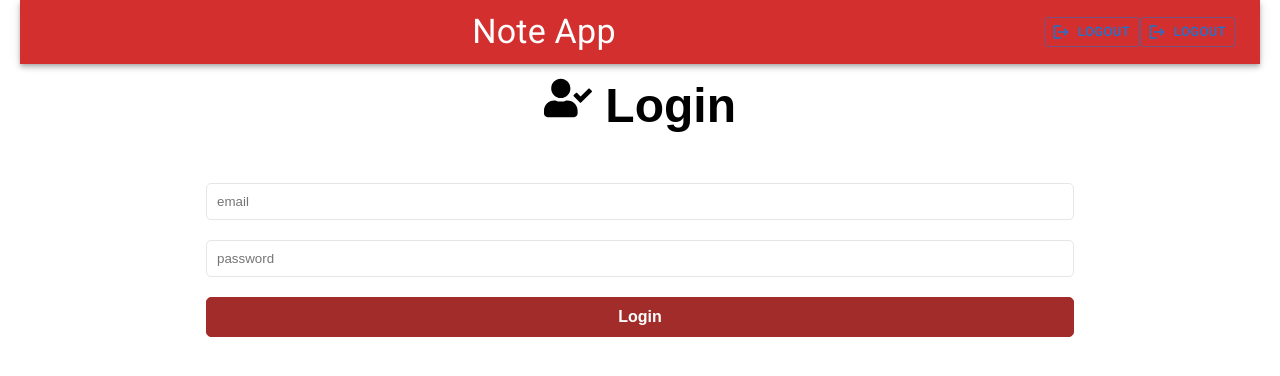
Repository: halilhaninan/MERNSTACK-Note-App
Page: / (app in frontend/)
These files come from the project's save history. The page is drawn as it stood at one moment and after a run of saves; the edit follows.
The browser window is 1280 px wide. The pictures show the whole page.
The project was rebuilt for these pictures with package versions that can differ from the ones it lists, and the page was loaded fresh each time. Also part of the build but not shown: frontend/src/Components/Spinner.jsx, frontend/src/Components/Not.jsx, frontend/src/pages/Register.jsx, frontend/src/features/counter/counterSlice.js, frontend/src/features/counter/counter.js, frontend/src/App.css.

Above is the page before, as saved 2022-09-03 11:09:00.

### frontend/src/index.js
import React from "react";
import ReactDOM from "react-dom";
import "./index.css";
import App from "./App";

import { store } from "./app/store";
import { Provider } from "react-redux";

// import { createStore } from "redux";
// import { Provider } from "react-redux";
// import butunRreducerler from "./reducers";

// const hesapla = (state = 0, action) => {
//   switch (action.type) {
//     case "topla":
//       return state + 1;
//     case "cikar":
//       return state - 1;
//     default:
//       return state;
//   }
// };

// let store = createStore(
//   butunRreducerler,
//   window.__REDUX_DEVTOOLS_EXTENSION__ && window.__REDUX_DEVTOOLS_EXTENSION__()
// );

// store.subscribe(() => console.log(store.getState()));
//const root = ReactDOM.createRoot(document.getElementById("root"));
ReactDOM.render(
  <Provider store={store}>
    <App />
  </Provider>,
  document.getElementById("root")
);

// If you want to start measuring performance in your app, pass a function
// to log results (for example: reportWebVitals(console.log))
// or send to an analytics endpoint. Learn more: https://bit.ly/CRA-vitals

### frontend/src/index.css
@import url("https://fonts.googleapis.com/css2?family=Lobster&display=swap");

* {
  margin: 0;
  padding: 0;
  box-sizing: border-box;
}

body {
  font-family: Arial, Helvetica, sans-serif;
  height: 100vh;
  font-size: larger;
}

a {
  text-decoration: none;
  color: #000;
}

p {
  line-height: 1.7;
}

ul {
  list-style: none;
}

li {
  line-height: 2.2;
}

h1,
h2,
h3 {
  font-weight: 600;
  margin-bottom: 10px;
}

.container {
  width: 100%;
  max-width: 1500px;
  margin: 0 auto;
  padding: 0 20px;
  text-align: center;
}

.header {
  display: flex;
  justify-content: space-between;
  align-items: center;
  padding: 20px 0;
  border-bottom: 1px solid #e6e6e6;
  margin-bottom: 60px;
}

.header ul {
  display: flex;
  align-items: center;
  justify-content: space-between;
}

.header ul li {
  margin-left: 20px;
}

.header ul li a {
  display: flex;
  align-items: center;
  color: #a22c29;
}

.header ul li a:hover {
  color: #f27059;
}

.header ul li a svg {
  margin-right: 5px;
}

.heading {
  font-size: 2rem;
  font-weight: 700;
  margin-bottom: 50px;
  padding: 0 20px;
}

.heading p {
  color: #828282;
}

.notlar {
  display: grid;
  grid-template-columns: repeat(3, 1fr);
  gap: 10px;
}

.not {
  background-color: #f4f4f4;
  margin: 10px 0;
  padding: 20px 0 10px;
  position: relative;
}

.not .close {
  position: absolute;
  top: 10px;
  right: 15px;
  cursor: pointer;
  border: none;
  background: none;
}

.form,
.content {
  width: 70%;
  margin: 0 auto;
}

.form-group {
  margin-bottom: 10px;
}

.form-group input,
.form-group textarea,
.form-group select {
  width: 100%;
  padding: 10px;
  border: 1px solid #e6e6e6;
  border-radius: 5px;
  margin-bottom: 10px;
  font-family: inherit;
}

.form-group label {
  text-align: left;
  display: block;
  margin: 0 0 5px 3px;
}

.btn {
  padding: 10px 20px;
  border: 1px solid #a22c29;
  border-radius: 5px;
  background: #a22c29;
  color: #fff;
  font-size: 16px;
  font-weight: 700;
  cursor: pointer;
  text-align: center;
  appearance: button;
  display: flex;
  align-items: center;
  justify-content: center;
}

.btn svg {
  margin-right: 8px;
}

.btn-reverse {
  background: #fff;
  color: #000;
}

.btn-block {
  width: 100%;
  margin-bottom: 20px;
}

.btn-add {
  background: #34a0a4 !important;
  border: 1px solid #34a0a4;
}

.btn:hover {
  transform: scale(0.98);
}

.loadingSpinnerContainer {
  position: fixed;
  top: 0;
  right: 0;
  bottom: 0;
  left: 0;
  background-color: rgba(0, 0, 0, 0.5);
  z-index: 5000;
  display: flex;
  justify-content: center;
  align-items: center;
}

.loadingSpinner {
  width: 64px;
  height: 64px;
  border: 8px solid;
  border-color: #000 transparent #555 transparent;
  border-radius: 50%;
  animation: spin 1.2s linear infinite;
}

@keyframes spin {
  0% {
    transform: rotate(0deg);
  }
  100% {
    transform: rotate(360deg);
  }
}

@media (max-width: 960px) {
  .notlar {
    grid-template-columns: repeat(2, 1fr);
  }
}

@media (max-width: 600px) {
  .form {
    width: 90%;
  }

  .heading h1 {
    font-size: 2rem;
  }

  .heading p {
    font-size: 1.5rem;
  }

  .notlar {
    grid-template-columns: repeat(1, 1fr);
  }
}

### frontend/src/App.js
import { BrowserRouter as Router, Routes, Route } from "react-router-dom";
import Header from "./Components/Header";
import Dashboard from "./pages/Dashboard";
import Login from "./pages/Login";
import Register from "./pages/Register";

// import { useSelector, useDispatch } from "react-redux";
// import { girisYap, topla, cikar } from "./actions";

import { ToastContainer } from "react-toastify";
import "react-toastify/dist/ReactToastify.css";
import Counter from "./features/counter/counter";
import "./App.css";

function App() {
  // return (
  //   <div>
  //     <Counter />
  //   </div>
  // );
  return (
    <>
      <Router>
        <div className="container">
          <Header></Header>
          <Routes>
            <Route path="/" element={<Dashboard />} />
            <Route path="/register" element={<Register />} />
            <Route path="/login" element={<Login />} />
          </Routes>
        </div>
      </Router>
      <ToastContainer />
    </>
  );
  //
  //
  //
  // const giris = useSelector((state) => state.giris);
  // const hesapla = useSelector((state) => state.hesapla);
  // const dispatch = useDispatch();
  // return (
  //   <div className="app">
  //     {giris ? (
  //       <>
  //         {hesapla}
  //         <button onClick={() => dispatch(topla())}>+</button>
  //         <button onClick={() => dispatch(cikar())}>-</button>
  //       </>
  //     ) : (
  //       <>
  //         <h3>please sign in</h3>
  //         <button onClick={() => dispatch(girisYap())}>sign in</button>
  //       </>
  //     )}
  //   </div>
  // );
}

export default App;

### frontend/src/app/store.js
import { configureStore } from "@reduxjs/toolkit";

import authReducer from "../features/auth/authSlice";
import notReducer from "../features/data/dataSlice";

export const store = configureStore({
  reducer: {
    auth: authReducer,
    notlar: notReducer,
  },
});

// yeni not olustururken altta olan kod gibi dataslice olustur sonra store.js den import et reducer ile tanimla ++ data service olusturuluyor

// import { createSlice, createAsyncThunk } from "@reduxjs/toolkit";

// const initialState = {
//   notlar: [],
//   isHata: false,
//   isBasari: false,
//   isYkleniyor: false,
//   mesaj: "",
// };

// export const notSlice = createSlice({
//   name: "notlar",
//   initialState,
//   reducers: {
//     reset: (state) => initialState,
//   },
// });

// export const { reset }  = notSlice.actions;
// export default notSlice.reducer;

### frontend/src/Components/Header.jsx
import React from "react";
import { FaSignInAlt, FaSignOutAlt, FaUser, FaPen } from "react-icons/fa";
import { Link, useNavigate } from "react-router-dom";
import { useSelector, useDispatch } from "react-redux";
import { logout, reset } from "../features/auth/authSlice";
import AppBar from "@mui/material/AppBar";
import { Toolbar, Typography, Button } from "@mui/material";
import { Login, Face, Home, Logout } from "@mui/icons-material";

function Header() {
  const navigate = useNavigate();
  const dispatch = useDispatch();

  const { kullanici } = useSelector((state) => state.auth);

  const onLogout = () => {
    dispatch(logout());
    dispatch(reset());
    navigate("/login");
  };

  return (
    <AppBar position="static" color="error" sx={{ marginBottom: "10px" }}>
      <Toolbar>
        <Typography variant="h4" component="div" sx={{ flexGrow: 1 }}>
          Note App
        </Typography>
        {kullanici ? (
          <>
            <Button
              sx={{ marginRight: "10px" }}
              colors="inherit"
              size="large"
              startIcon={<Home />}
              onClick={anasayfayaGit}>
              Home Page
            </Button>
            <Button
              variant="outlined"
              colors="inherit"
              size="small"
              startIcon={<Logout />}
              onClick={onLogout}>
              Logout
            </Button>
          </>
        ) : (
          <>
            <Button
              variant="outlined"
              colors="inherit"
              size="small"
              startIcon={<Logout />}
              onClick={onLogout}>
              Logout
            </Button>
            <Button
              variant="outlined"
              colors="inherit"
              size="small"
              startIcon={<Logout />}
              onClick={onLogout}>
              Logout
            </Button>
          </>
        )}
      </Toolbar>
    </AppBar>
  );

  // return (
  //   <header className="header">
  //     <h2>mongo db test app </h2>
  //     <div className="logo"></div>
  //     <ul>
  //       {kullanici ? (
  //         <>
  //           <li>
  //             <Link to="/">
  //               <FaPen /> Create Note
  //             </Link>
  //           </li>
  //           <li>
  //             <button className="btn" onClick={onLogout}>
  //               Logout{" "}
  //             </button>
  //           </li>
  //         </>
  //       ) : (
  //         <>
  //           <li>
  //             <Link to="/login">
  //               <FaSignInAlt /> Login
  //             </Link>
  //           </li>
  //           <li>
  //             <Link to="/register">
  //               <FaUser /> Register
  //             </Link>
  //           </li>
  //         </>
  //       )}
  //     </ul>
  //   </header>
  // );
}

export default Header;

### frontend/src/pages/Dashboard.jsx
import React, { useEffect } from "react";

import { useNavigate } from "react-router-dom";
import { useSelector, useDispatch } from "react-redux";
import NotForm from "../Components/NotForm";
import { notlarGetir, reset } from "../features/data/dataSlice";
import Spinner from "../Components/Spinner";
import Not from "../Components/Not";

function Dashboard() {
  const navigate = useNavigate();
  const dispatch = useDispatch();
  const { kullanici } = useSelector((state) => state.auth);
  const { notlar, isYukleniyor, isHata, isBasari, mesaj } = useSelector(
    (state) => state.notlar
  );

  useEffect(() => {
    if (isHata) {
      console.log(mesaj);
    }

    if (!kullanici) {
      navigate("/login");
      console.log("halilhan");
    }
    dispatch(notlarGetir());
    return () => {
      dispatch(reset());
    };
  }, [kullanici, navigate, isHata, mesaj, dispatch]);

  if (isYukleniyor) {
    <Spinner />;
  }

  return (
    <>
      <section className="heading">
        <h1>Merhaba {kullanici && kullanici.kullaniciAd}</h1>
        <p>add note</p>
      </section>
      <NotForm />
      <section className="content">
        {notlar.length > 0 ? (
          <div className="notlar">
            {notlar.map((not) => (
              <Not key={not._id} not={not} />
            ))}
          </div>
        ) : (
          <h3>henuz not yerletisrmediniz</h3>
        )}
      </section>
    </>
  );
}

export default Dashboard;

### frontend/src/pages/Login.jsx
import React, { useState, useEffect } from "react";

import { FaUserCheck } from "react-icons/fa";
import { useSelector, useDispatch } from "react-redux";
import { useNavigate } from "react-router-dom";
import { toast } from "react-toastify";
import { login, reset } from "../features/auth/authSlice";
import Spinner from "../Components/Spinner";

function Login() {
  const navigate = useNavigate();
  const dispatch = useDispatch();

  const { kullanici, isHata, isBasari, isYukleniyor, mesaj } = useSelector(
    (state) => state.auth
  );

  const [formData, setFormData] = useState({
    email: "",
    parola: "",
  });

  const { email, parola } = formData;

  const onChange = (e) => {
    setFormData((prev) => ({
      ...prev,
      [e.target.name]: e.target.value,
    }));
  };

  const onSubmit = (e) => {
    e.preventDefault();
    // console.log(formData);

    const userData = { email, parola };
    dispatch(login(userData));
  };

  useEffect(() => {
    if (isHata) {
      toast.error(mesaj);
    }
    if (isBasari || kullanici) {
      navigate("/");
    }
  }, [kullanici, isHata, isBasari, mesaj, navigate, dispatch, isYukleniyor]);

  if (isYukleniyor) {
    <Spinner />;
  }

  return (
    <>
      <section className="heading">
        <h1>
          <FaUserCheck /> Login
        </h1>
      </section>
      <section className="form">
        <form onSubmit={onSubmit}>
          <div className="form-group">
            <input
              type="email"
              classname="form-control"
              id="email"
              name="email"
              value={email}
              placeholder="email"
              onChange={onChange}></input>
          </div>
          <div className="form-group">
            <input
              type="password"
              classname="form-control"
              id="parola"
              name="parola"
              value={parola}
              placeholder="password"
              onChange={onChange}></input>
          </div>

          <div className="form-group">
            <button type="submit" className="btn btn-block">
              Login
            </button>
          </div>
        </form>
      </section>
    </>
  );
}

export default Login;

### frontend/src/features/auth/authSlice.js
import { createAsyncThunk, createSlice } from "@reduxjs/toolkit";
import authService from "./authService";

const kullanici = JSON.parse(localStorage.getItem("kullanici"));

const initialState = {
  kullanici: kullanici ? kullanici : null,
  isHata: false,
  isBasari: false,
  isYukleniyor: false,
  mesaj: "",
};

export const register = createAsyncThunk(
  "auth/register",
  async (user, thunkAPI) => {
    try {
      return await authService.register(user);
    } catch (error) {
      const mesaj =
        (error.response &&
          error.response.data &&
          error.response.data.message) ||
        error.message ||
        error.toString();

      return thunkAPI.rejectWithValue(mesaj);
    }
  }
);

export const authSlice = createSlice({
  name: "auth",
  initialState,
  reducers: {
    reset: (state) => {
      state.isHata = false;
      state.isBasari = false;
      state.isYukleniyor = false;
      state.mesaj = "";
    },
  },
  extraReducers: (builder) => {
    builder
      .addCase(register.pending, (state) => {
        state.isYukleniyor = true;
      })
      .addCase(register.fulfilled, (state, action) => {
        state.isYukleniyor = false;
        state.isBasari = true;
        state.kullanici = action.payload;
      })
      .addCase(register.rejected, (state, action) => {
        state.isYukleniyor = false;
        state.isHata = true;
        state.mesaj = action.payload;
        state.kullanici = null;
      }) //
      .addCase(login.pending, (state) => {
        state.isYukleniyor = true;
      })
      .addCase(login.fulfilled, (state, action) => {
        state.isYukleniyor = false;
        state.isBasari = true;
        state.kullanici = action.payload;
      })
      .addCase(login.rejected, (state, action) => {
        state.isYukleniyor = false;
        state.isHata = true;
        state.mesaj = action.payload;
        state.kullanici = null;
      })
      .addCase(logout.fulfilled, (state) => {
        state.kullanici = null;
      });
  },
});

export const logout = createAsyncThunk("auth/logout", async () => {
  await authService.logout();
});

export const login = createAsyncThunk("auth/login", async (user, thunkAPI) => {
  try {
    return await authService.login(user);
  } catch (error) {
    const mesaj =
      (error.response && error.response.data && error.response.data.message) ||
      error.message ||
      error.toString();

    return thunkAPI.rejectWithValue(mesaj);
  }
});

export const { reset } = authSlice.actions;
export default authSlice.reducer;

### frontend/src/features/data/dataSlice.js
import { createSlice, createAsyncThunk } from "@reduxjs/toolkit";
import thunk from "redux-thunk";
import dataService from "./dataService";

const initialState = {
  notlar: [],
  isHata: false,
  isBasari: false,
  isYukleniyor: false,
  mesaj: "",
};

export const notSlice = createSlice({
  name: "notlar",
  initialState,
  reducers: {
    reset: (state) => initialState,
  },
  extraReducers: (builder) => {
    builder
      .addCase(notOlustur.pending, (state) => {
        state.isYukleniyor = true;
      })
      .addCase(notOlustur.fulfilled, (state, action) => {
        state.isYukleniyor = false;
        state.isBasari = true;
        state.notlar.unshift(action.payload);
      })
      .addCase(notOlustur.rejected, (state, action) => {
        state.isYukleniyor = false;
        state.isHata = true;
        state.isBasari = false;
        state.mesaj = action.payload;
      })
      .addCase(notlarGetir.pending, (state) => {
        state.isYukleniyor = true;
      })
      .addCase(notlarGetir.fulfilled, (state, action) => {
        state.isYukleniyor = false;
        state.isBasari = true;
        state.notlar = action.payload;
      })
      .addCase(notlarGetir.rejected, (state, action) => {
        state.isYukleniyor = false;
        state.isBasari = false;
        state.isHata = true;
        state.mesaj = action.payload;
      })
      .addCase(notSil.pending, (state) => {
        state.isYukleniyor = true;
      })
      .addCase(notSil.fulfilled, (state, action) => {
        state.isYukleniyor = false;
        state.isBasari = true;
        state.notlar = state.notlar.filter(
          (not) => not._id !== action.payload.id
        );
      })
      .addCase(notSil.rejected, (state, action) => {
        state.isYukleniyor = false;
        state.isBasari = false;
        state.isHata = true;
        state.mesaj = action.payload;
      });
  },
});

export const notOlustur = createAsyncThunk(
  "notlar/create",
  async (notData, thunkAPI) => {
    try {
      const token = thunkAPI.getState().auth.kullanici.token;
      return await dataService.notOlustur(notData, token);
    } catch (error) {
      const mesaj =
        (error.response &&
          error.response.data &&
          error.response.data.message) ||
        error.message ||
        error.toString();

      return thunkAPI.rejectWithValue(mesaj);
    }
  }
);

export const notlarGetir = createAsyncThunk(
  "notlar/getAll",
  async (_, thunkAPI) => {
    try {
      const token = thunkAPI.getState().auth.kullanici.token;
      return await dataService.notlarGetir(token);
    } catch (error) {
      const mesaj =
        (error.response &&
          error.response.data &&
          error.response.data.message) ||
        error.message ||
        error.toString();

      return thunkAPI.rejectWithValue(mesaj);
    }
  }
);

export const notSil = createAsyncThunk(
  "notlar/delete",
  async (id, thunkAPI) => {
    try {
      const token = thunkAPI.getState().auth.kullanici.token;
      return await dataService.notSil(id, token);
    } catch (error) {
      const mesaj =
        (error.response &&
          error.response.data &&
          error.response.data.message) ||
        error.message ||
        error.toString();

      return thunkAPI.rejectWithValue(mesaj);
    }
  }
);

export const { reset } = notSlice.actions;
export default notSlice.reducer;

### frontend/src/Components/NotForm.jsx
import React, { useState } from "react";
import { useDispatch } from "react-redux";
import { notOlustur } from "../features/data/dataSlice";

function NotForm() {
  const [baslik, setBaslik] = useState("");
  const [aciklama, setAciklama] = useState("");
  const [oncelik, setOncelik] = useState("");

  const dispatch = useDispatch();

  const onSubmit = (e) => {
    e.preventDefault();
    // console.log(baslik, aciklama, oncelik);
    dispatch(notOlustur({ baslik, aciklama, oncelik }));
    setBaslik("");
    setAciklama("");
    setOncelik(1);
  };

  return (
    <section className="form">
      <form onSubmit={onSubmit}>
        <div className="form-group">
          <label htmlFor="baslik">Not baslik</label>
          <input
            type="text"
            id="baslik"
            name="baslik"
            value={baslik}
            onChange={(e) => setBaslik(e.target.value)}
          />
        </div>
        <div className="form-group">
          <label htmlFor="aciklama">Not aciklama</label>
          <input
            type="text"
            id="aciklama"
            name="aciklama"
            value={aciklama}
            onChange={(e) => setAciklama(e.target.value)}
          />
        </div>
        <div className="form-group">
          <label htmlFor="oncelik">Not oncelik</label>
          <select onChange={(e) => setOncelik(e.target.value)} value={oncelik}>
            <option value="1">Az oncelikli</option>
            <option value="2">oncelikli</option>
            <option value="3">Cok oncelikli</option>
          </select>
        </div>
        <div className="form-group">
          <button type="submit" className="btn btn-block btn-add">
            Not ekle
          </button>
        </div>
      </form>
    </section>
  );
}

export default NotForm;

### frontend/src/features/auth/authService.js
import axios from "axios";

const API_URL = "/api/kullanicilar/";

const register = async (kullaniciData) => {
  const response = await axios.post(API_URL, kullaniciData);

  if (response.data) {
    localStorage.setItem("kullanici", JSON.stringify(response.data));
  }

  return response.data;
};

const logout = () => {
  localStorage.removeItem("kullanici");
};

const login = async (kullaniciData) => {
  const response = await axios.post(API_URL + "login", kullaniciData);
  if (response.data) {
    localStorage.setItem("kullanici", JSON.stringify(response.data));
  }

  return response.data;
};

const authService = {
  register,
  logout,
  login,
};

export default authService;

### frontend/src/features/data/dataService.js
import axios from "axios";

const API_URL = "/api/notlar/";

const notOlustur = async (notData, token) => {
  const config = {
    headers: {
      Authorization: `Bearer ${token}`,
    },
  };
  const response = await axios.post(API_URL, notData, config);

  return response.data;
};

const notlarGetir = async (token) => {
  const config = {
    headers: {
      Authorization: `Bearer ${token}`,
    },
  };
  const response = await axios.get(API_URL, config);
  return response.data;
};

const notSil = async (notId, token) => {
  const config = {
    headers: {
      Authorization: `Bearer ${token}`,
    },
  };

  const response = await axios.delete(API_URL + notId, config);

  return response.data;
};

const dataService = {
  notOlustur,
  notlarGetir,
  notSil,
};

export default dataService;

Loaded but not shown: frontend/public/index.html (common file)

After the next 2 saves:
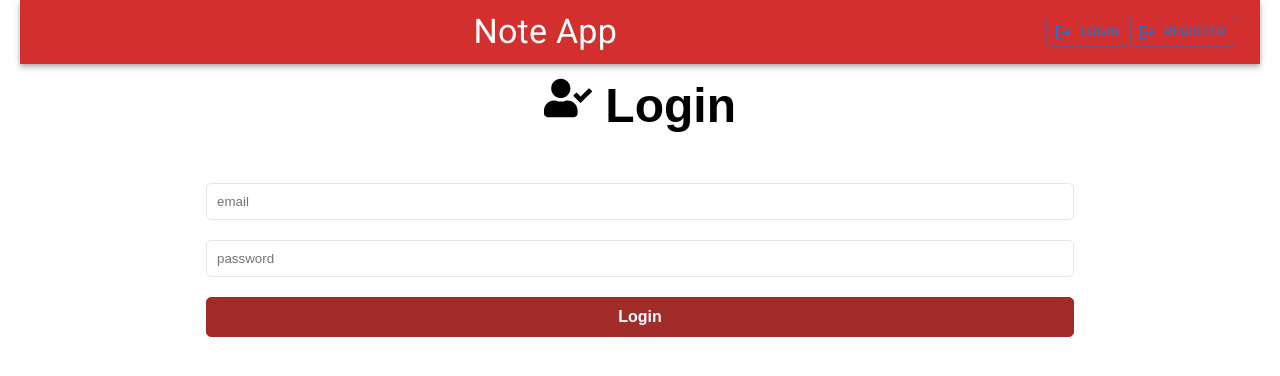
The 2 saves are shown as one change because they came seconds apart.
The last was saved 7 s later.
--- a/frontend/src/Components/Header.jsx
+++ b/frontend/src/Components/Header.jsx
@@ -52,7 +52,7 @@ function Header() {
               size="small"
               startIcon={<Logout />}
               onClick={onLogout}>
-              Logout
+              Login
             </Button>
             <Button
               variant="outlined"
@@ -60,7 +60,7 @@ function Header() {
               size="small"
               startIcon={<Logout />}
               onClick={onLogout}>
-              Logout
+              Register
             </Button>
           </>
         )}
